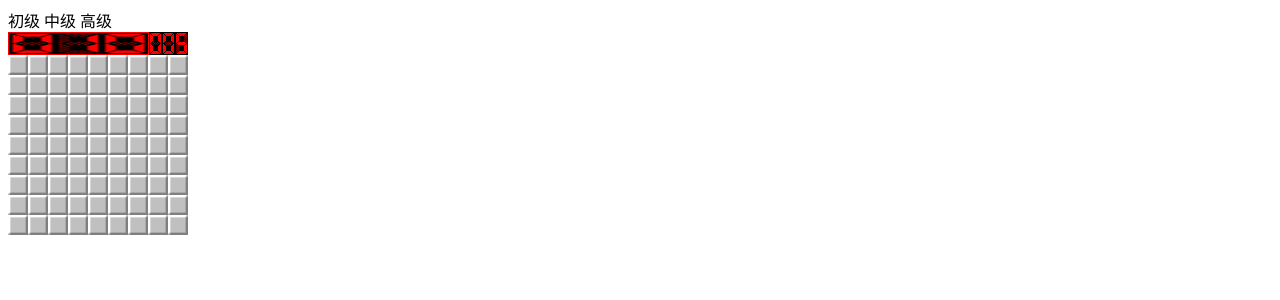
Repository: vLinv/MineSweeper
Page: index.html
An editor plug-in stored every save of this project. The page is shown before and after the next save, followed by the edit.
The browser window is 1280 px wide. The pictures show the whole page.

Above is the page before, as saved 2022-02-18 11:49:34.

After the next save:
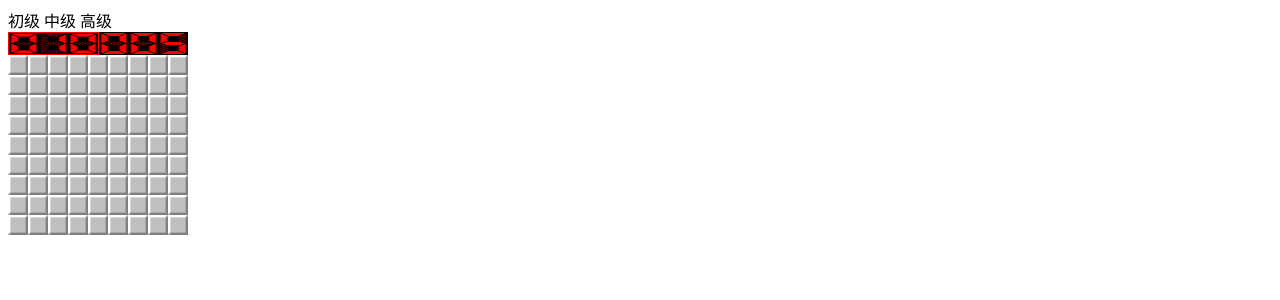
Saved 7 s later.
--- a/index.html
+++ b/index.html
@@ -34,7 +34,7 @@
       flex: 1;
     }
     #timeCanvas{
-      float: right;
+      flex: 1;
     }
 
   </style>
